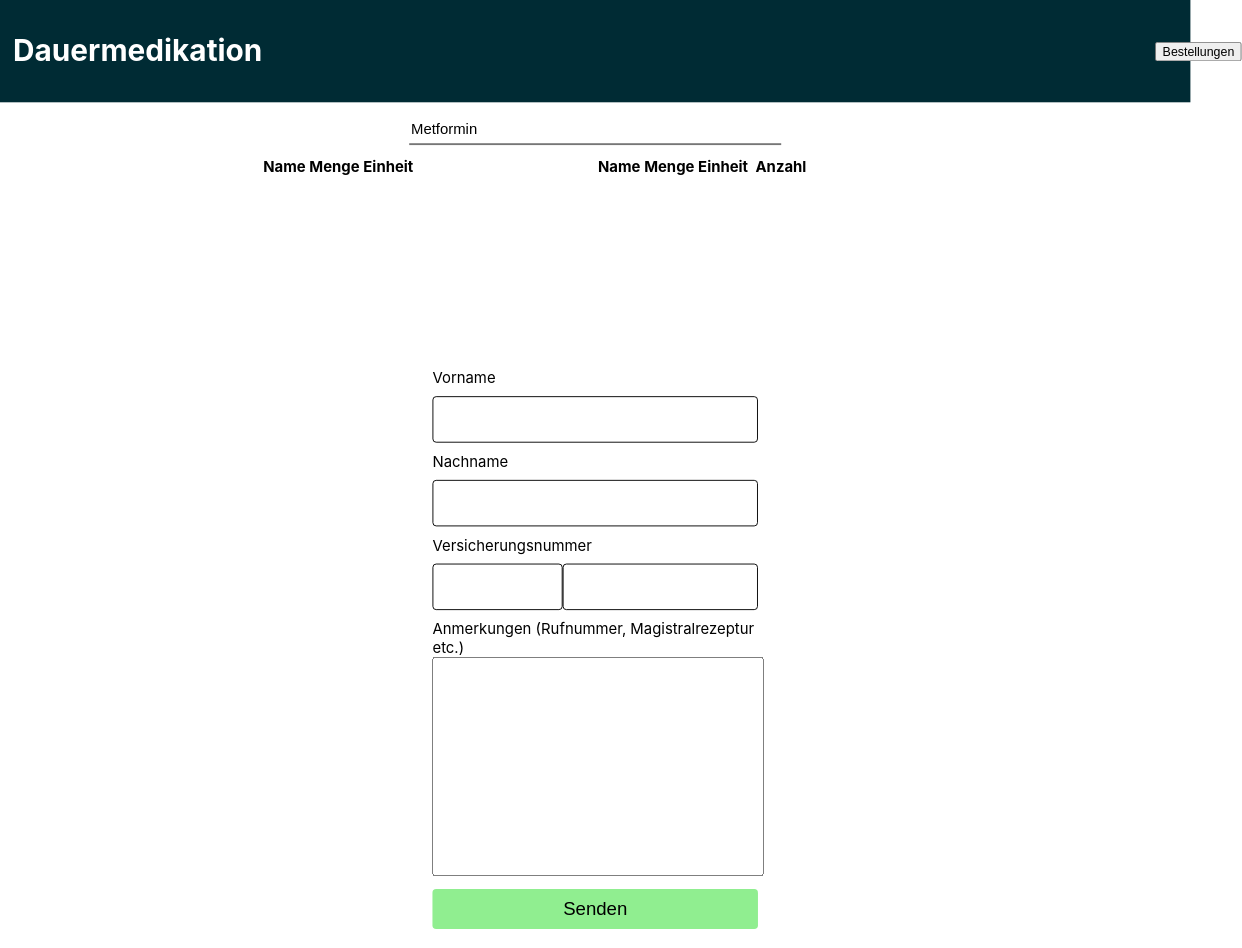
Repository: Esatollah/MedDemo
Page: / (app in client/)
An editor plug-in stored every save of this project. The page is shown before and after the next save, followed by the edit.
The browser window is 1280 px wide. The page is 1335 px wide, then 1280 px, so the pictures cover 1335 px, including what lies to the right of the window. The pictures show the whole page, at 93% of full size.
The page's requests for data from a server got no answer. The project was rebuilt for these pictures with package versions that can differ from the ones it lists, and the page was loaded fresh each time. No one was signed in, and anything a server would have sent is missing. Also part of the build but not shown: client/src/Routes/Bestellungen.jsx.

Above is the page before, as saved 2022-06-10 18:04:45.

After the next save:
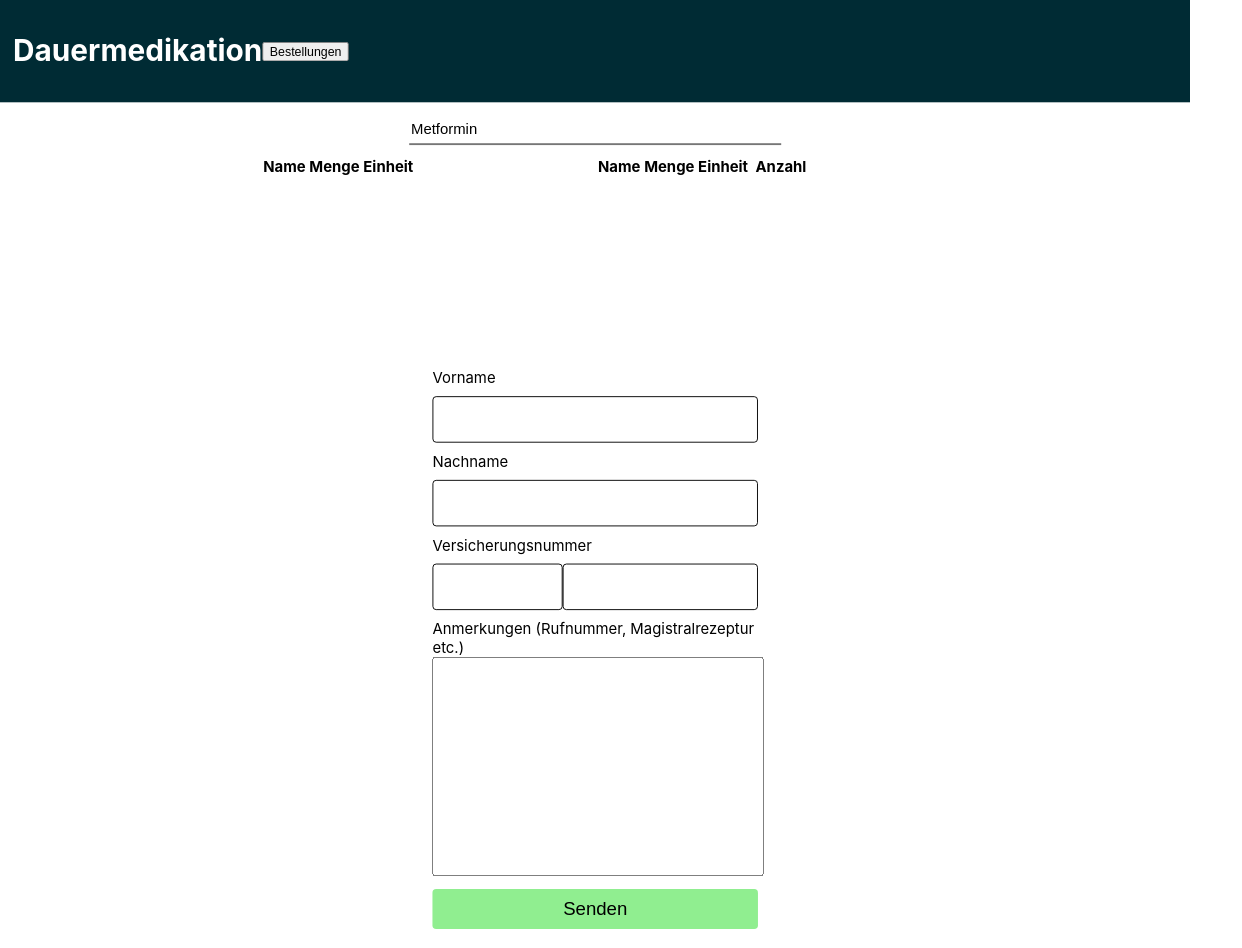
Saved 2 min 49 s later.
--- a/client/src/Styles/NavbarStyles.js
+++ b/client/src/Styles/NavbarStyles.js
@@ -12,7 +12,7 @@ export const NavWrap = styled.div`
         color: #fff;
     }
 
-    div {
-    margin-left: 75%
+    div a{
+        float:right;
     }
 `;
